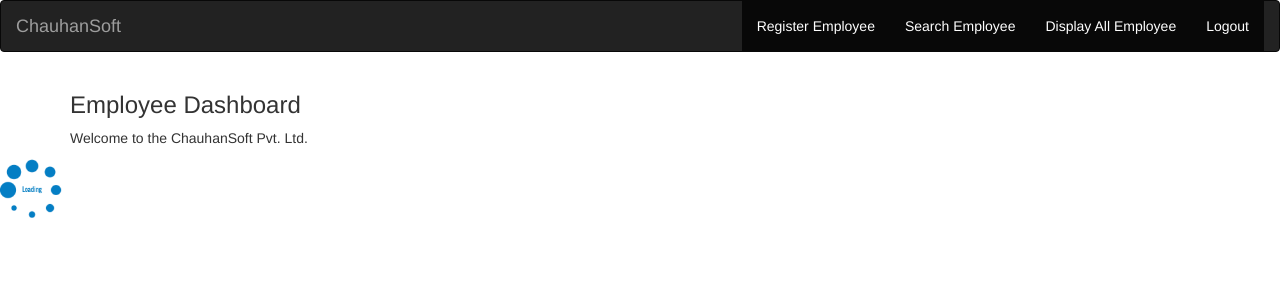
Repository: ErAdarshChauhan/Spring-Framework-5.0.0-Concepts
Page: http://localhost/sf-mvc-with-hibernate-crud-and-login-logout/WEB-INF/jsp/employeeDashboard.jsp
These files come from the project's save history. The page is drawn as it stood at one moment and after the next save; the edit follows.
The browser window is 1280 px wide. The pictures show the whole page.
The page is served by Tomcat 9. Nobody is signed in. The template is opened directly, without the code that normally fills it, so the values that code supplies are empty.

Above is the page before, as saved 2020-06-23 14:18:57.

After the next save:
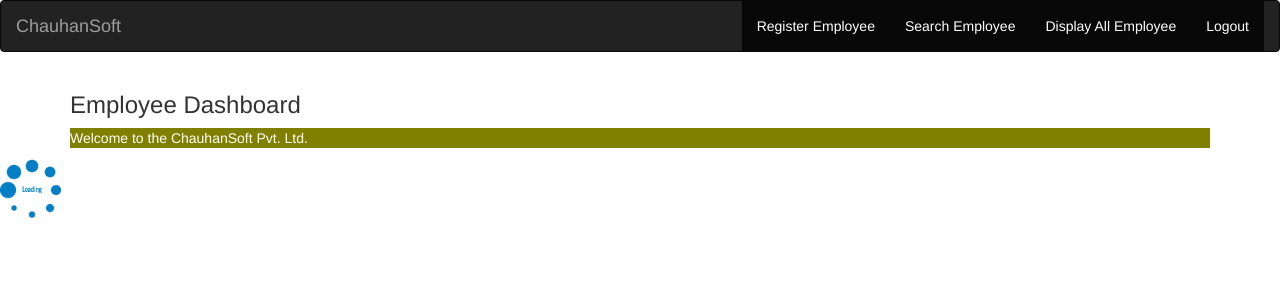
Saved 105 s later.
--- a/Spring-MVC-Projects/sf-mvc-with-hibernate-crud-and-login-logout/src/main/webapp/WEB-INF/jsp/employeeDashboard.jsp
+++ b/Spring-MVC-Projects/sf-mvc-with-hibernate-crud-and-login-logout/src/main/webapp/WEB-INF/jsp/employeeDashboard.jsp
@@ -16,7 +16,7 @@
   	}
 
   </style>
-  <%-- <link rel="stylesheet" href="<c:url>"> --%>
+	<link rel="stylesheet" href="<c:url value="/static/css/cssFile.css"></c:url>">
 </head>
 <body>
 
